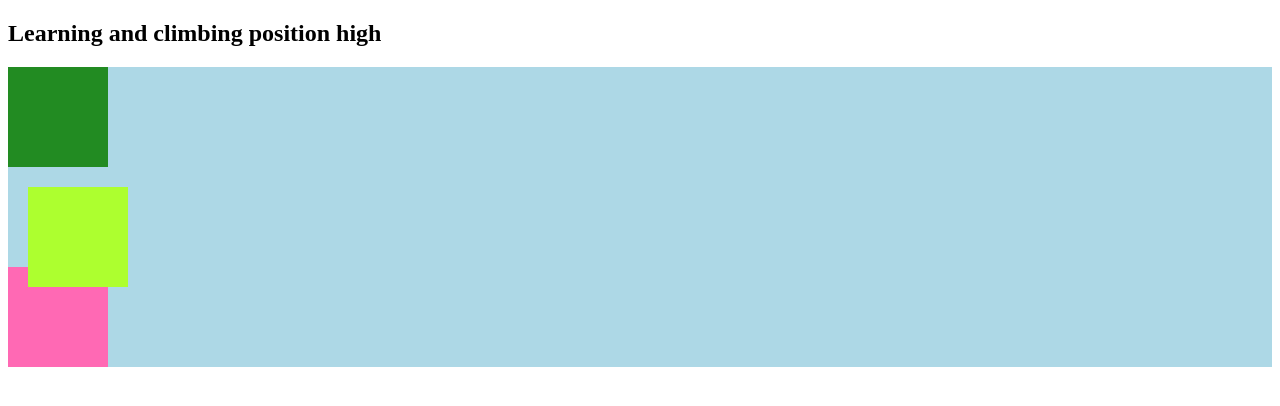
Repository: mohsinfarabi/first-website
Page: position.html
These files come from the project's save history. The page is drawn as it stood at one moment and after the next save; the edit follows.
The browser window is 1280 px wide. The pictures show the whole page.

Above is the page before, as saved 2020-06-29 22:39:55.

### position.html
<!DOCTYPE html>
<html lang="en">

<head>
    <meta charset="UTF-8">
    <meta name="viewport" content="width=device-width, initial-scale=1.0">
    <title>Document</title>
    <style>
        .container {
            background-color: lightblue;
        }

        div {
            height: 100px;
            width: 100px;
        }

        #first {
            background-color: forestgreen;
        }

        #second {
            background-color: greenyellow;
            position: relative;
            left: 20px;
            top: 20px;
        }

        #third {
            background-color: hotpink;
        }
    </style>
</head>

<body>
    <section>
        <h1>Learning and climbing position high</h1>
    </section>
    <section class="container">
        <div id="first"></div>
        <div id="second"></div>
        <div id="third"></div>
    </section>
</body>

</html>

After the next save:
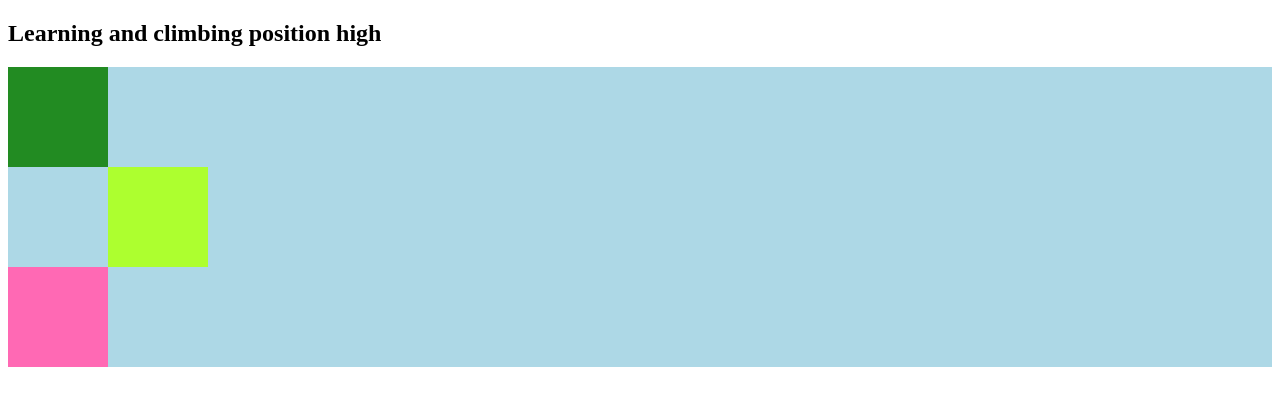
Saved 63 s later.
--- a/position.html
+++ b/position.html
@@ -22,8 +22,7 @@
         #second {
             background-color: greenyellow;
             position: relative;
-            left: 20px;
-            top: 20px;
+            left: 100px;
         }
 
         #third {
